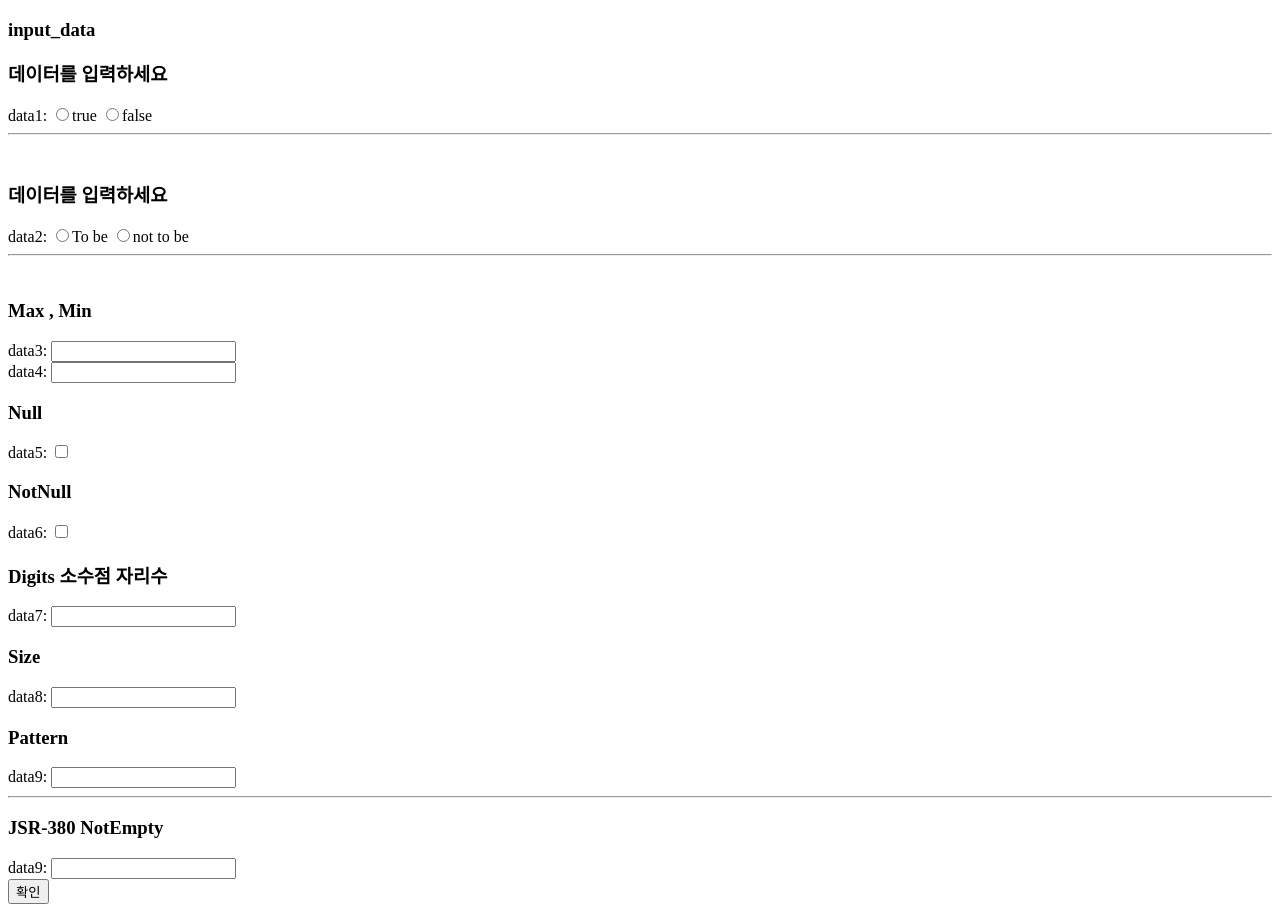
Repository: kangseongwuk/Spring
Page: http://localhost/SpringMiniProject/WEB-INF/views/input_data.jsp
The author's editor kept a copy of each file at every save. The page is drawn from the files as they stood at one save, then again after the next save.
The browser window is 1280 px wide. The pictures show the whole page.
The page is served by Tomcat 9. Nobody is signed in. Other server files are loaded and not shown. The template is opened directly, without the code that normally fills it, so the values that code supplies are empty.

Above is the page before, as saved 2022-10-20 08:37:04.

### SpringMiniProject/src/main/webapp/WEB-INF/views/input_data.jsp
<%@ page language="java" contentType="text/html; charset=UTF-8"
    pageEncoding="UTF-8"%>
<%@ taglib prefix="form" uri="http://www.springframework.org/tags/form" %>
<!DOCTYPE html>
<html>
<head>
<meta charset="UTF-8">
<title>데이터 입력</title>
</head>
<body>
	<h3>input_data</h3>

	<form:form action="input_pro" method="post" modelAttribute="dataBean">
	<h3>데이터를 입력하세요</h3>
		data1: <form:radiobutton path="data1" value="true"/>true
				<form:radiobutton path="data1" value="false"/>false<hr>
				<form:errors path="data1"/><br>

	<h3>데이터를 입력하세요</h3>
		data2: <form:radiobutton path="data2" value="true"/>To be
			<form:radiobutton path="data2" value="false"/>not to be<hr>
			<form:errors path="data2"/>	<br>

	<h3>Max , Min</h3>
		data3: <form:input path="data3"/>
			<form:errors path="data3"/>	<br>

		data4: <form:input path="data4"/>
			<form:errors path="data4"/>	<br>

	<h3>Null</h3>
		data5: <form:checkbox path="data5" value="값"/>
			<form:errors path="data5"/>	<br>

	<h3>NotNull</h3>
		data6: <form:checkbox path="data6" value="값"/>
			<form:errors path="data6"/>	<br>

	<h3>Digits 소수점 자리수</h3>
		data7: <form:input path="data7"/>
			<form:errors path="data7"/>	<br>

	<h3>Size </h3>
		data8: <form:input path="data8"/>
			<form:errors path="data8"/>	<br>

	<h3>Pattern </h3>
		data9: <form:input path="data9"/>
			<form:errors path="data9"/>	<br>
	<hr style="4px solid blue">
	<h3>JSR-380 NotEmpty </h3>
		data9: <form:input path="data01"/>
			<form:errors path="data01"/>	<br>


		<form:button type="submit">확인</form:button>
	</form:form>

</body>
</html>


<!--
.JSR-303
---------------------
 - JSR-303
 1) JSR-303 어노테이션은 빈 객체에 주입되는 값의 유효성 검사를 하기 위해 제공되는 어노테이션입니다.
    여기에서는 자주 사용하는 것만 골라서 보도록 하겠습니다.
 2) https://beanvalidation.org/1.0/spec/

	@AssertTrue : true가 아닌 값이 들어오면 오류
	@AssertFalse : false가 아닌 값이 들어오면 오류
	@Max(값) : 값보다 큰 값이 들어오면 오류
	@Min(값) : 값보다 작은 값이 들어오면 오류

 3) @DecimalMax(value=값, inclusive=true/false) : 값보다 작거나 같은 값이 들어와야 합니다.
    Inclusive가 false면 값은 포함하지 않기 때문에 작은 값이 들어와야 합니다. 생략하면 true

 4) @DecimalMin(value=값, inclusive=true/false) : 값보다 크거나 같은 값이 들어와야 합니다.
    Inclusive가 false면 값은 포함하지 않기 때문에 큰 값이 들어와야 합니다. 생략하면 true

 5) @Null : 값이 들어오면 오류가 발생.
    @NotNull : 값이 들어오지 않으면 오류가 발생.
    @Digits(integer=자릿수,fraction=자릿수) : 지정된 자릿수의 숫자가 아닐 경우 오류가 발생.
         Integer – 정수 자릿수, fraction – 실수 자릿수
    @Size(min=글자수,max=글자수) : 지정된 글자수 보다 짧거나 길면 오류가 발생

  6) @Pattern(regexp=정규식) : 주어진 정규식에 위배되면 오류 발생

-->

After the next save:
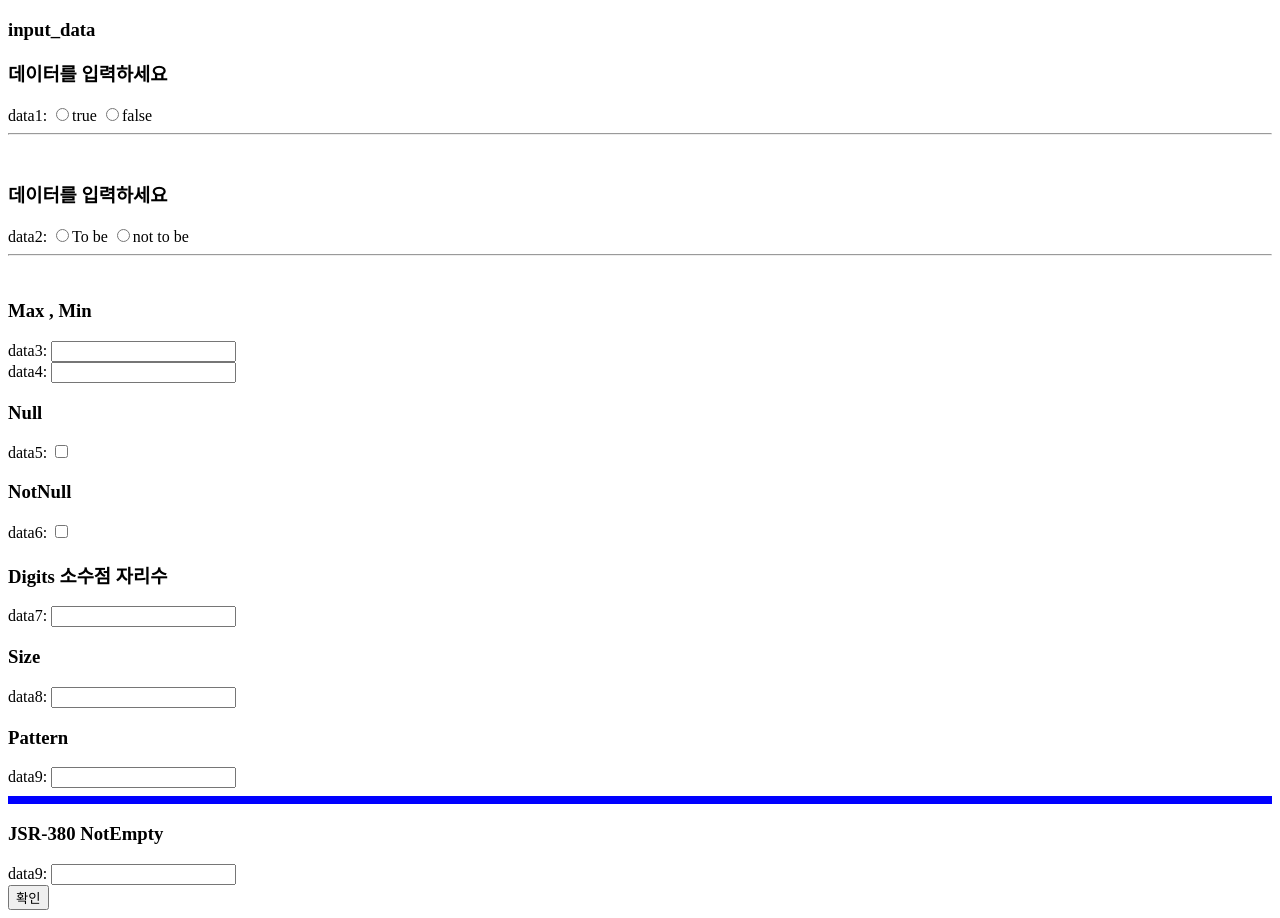
Saved 33 s later.
--- a/SpringMiniProject/src/main/webapp/WEB-INF/views/input_data.jsp
+++ b/SpringMiniProject/src/main/webapp/WEB-INF/views/input_data.jsp
@@ -47,7 +47,7 @@
 	<h3>Pattern </h3>
 		data9: <form:input path="data9"/>
 			<form:errors path="data9"/>	<br>
-	<hr style="4px solid blue">
+	<hr style="border:4px solid blue;">
 	<h3>JSR-380 NotEmpty </h3>
 		data9: <form:input path="data01"/>
 			<form:errors path="data01"/>	<br>
